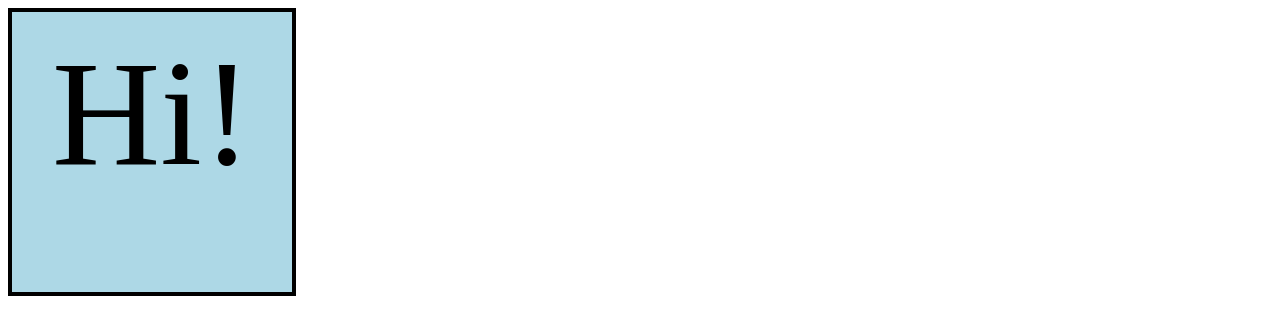
Repository: nottonofclay/csi_waymo
Page: transformations/transformations.html
The author's editor kept a copy of each file at every save. The page is drawn from the files as they stood at one save, then again after the next save.
The browser window is 1280 px wide. The pictures show the whole page.

Above is the page before, as saved 2023-07-06 12:16:38.

### transformations/transformations.html
<!DOCTYPE html>
<html lang="en">
<head>
    <meta charset="UTF-8">
    <meta name="viewport" content="width=device-width, initial-scale=1.0">
    <title>Document</title>
    <link rel="stylesheet" href="transformations.css">
</head>
<body>
    <div id="box1">Hi!</div>
</body>
</html>

### transformations/transformations.css
#box1 {
    border: 4px solid;
    width: 250px;
    height: 250px;
    font-size: 150px;
    padding: 15px;
    text-align: center;
    background: lightblue;

    /* transform: translateX(-50px);
    transform: translateY(-50px); */
    transform: translate();

}

After the next save:
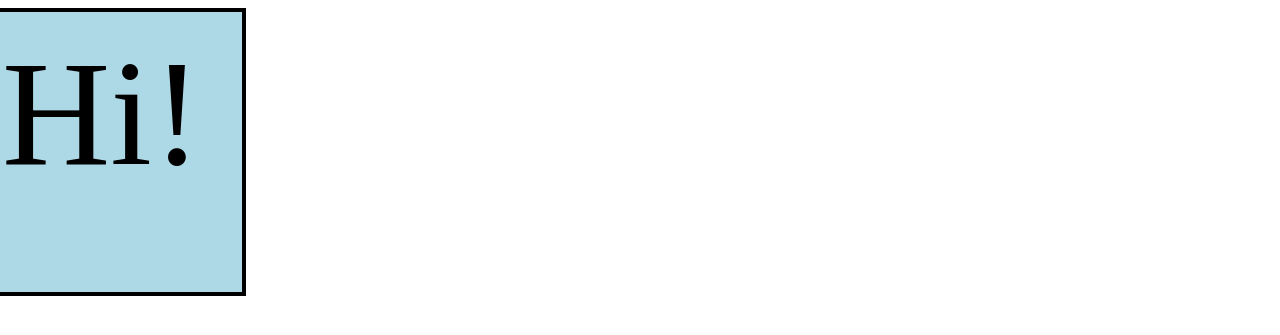
Saved 5 s later.
--- a/transformations/transformations.css
+++ b/transformations/transformations.css
@@ -9,6 +9,6 @@
 
     /* transform: translateX(-50px);
     transform: translateY(-50px); */
-    transform: translate();
+    transform: translate(-50px);
 
 }
